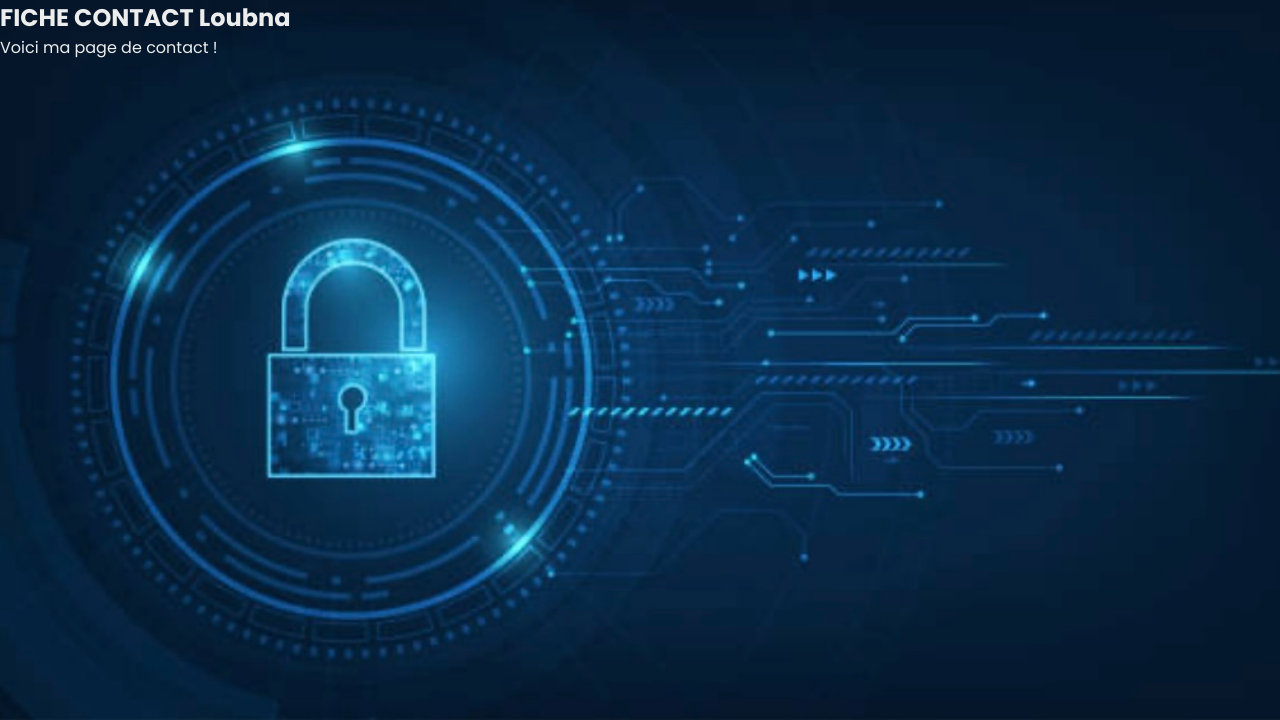
Repository: Loubna77290/Portfolio-de-Loubna
Page: http://localhost/contact.php
The author's editor kept a copy of each file at every save. The page is drawn from the files as they stood at one save, then again after the next save.
The browser window is 1280 px wide. The pictures show the whole page.
The page is run by PHP 8.4 with error messages shown; the project is at /var/www/html/.

Above is the page before, as saved 2025-03-10 00:11:48.

### contact.php
<!DOCTYPE html>
<html lang="en">
<head>
    <meta charset="UTF-8">
    <meta name="viewport" content="width=device-width, initial-scale=1.0">
    <title>Fiche contact</title>
    <link rel="stylesheet" href="style.css">
</head>
<body>
    <section class="contact-background">
        <div class="contact-contenu">
        <h1>FICHE CONTACT Loubna</h1>
        <p>Voici ma page de contact !</p>
    </div>
    </section>

</body>
</html>

### style.css
@import url('https://fonts.googleapis.com/css2?family=Poppins:wght@300;400;500;600;700;800;900&display=swap');

* {
    margin: 0;
    padding: 0;
    box-sizing: border-box;
    font-family: 'Poppins', sans-serif;

}

body {
    background: #081b29;
    color: #ededed;

}

.header {
    position:fixed;
    top: 0;
    left:0;
    width: 100%;
    padding: 20px 10px;
    background: transparent;
    display: flex;
    justify-content: space-between;
    align-items: center;
    z-index: 100;
}


.logo {
    position: relative;
    margin-left: 30px;
    font-size: 25px;
    color: #ededed;
    text-decoration: none;
    font-weight: 600;

}

.logo::before {
    content: '';
    position: absolute;
    top: 0;
    right: 0;
    width: 100%;
    height: 100%;
    background: #081b29b6;
    animation: showRight 1s ease forwards;
    animation-delay: .4s;;
}

.navbar a {
    font-size: 18px;
    color: #ededed;
    text-decoration: none;
    font-weight: 500;
    margin-right: 60px;
    justify-content: flex-end;
    transition: .3s;

}

.navbar a:hover,
.navbar a.active {
    color: #00abf0;

}

.accueil {
    height: 100vh;
    background: url(./IMG_7408.jpg) no-repeat center center;
    background-size: cover;
    display: flex;
    align-items: center;
    padding: 0 10%;
}

.accueil-contenu {
    background: transparent;
    max-width: 600px;


    }

.accueil-contenu h2 {
    font-size: 45px;
    font-weight: 700;
    line-height: 1.2;
    white-space: nowrap;
}

.accueil-contenu h2::before {
    content: '';
    position: absolute;
    top: 0;
    right: 0;
    width: 100%;
    height: 100%;
    background: #081b29;
    animation: showRight 1s ease forwards;
    animation-delay: 1s;
}

.accueil-contenu h3 {
    font-size: 30px;
    font-weight: 600;
    color: #0ff;

}

.accueil-contenu p {
    font-size: 16px;
    margin: 20px  0 40px;
    line-height: 1.2;
}

.accueil-contenu .btn-box {
    position: relative;
    display: flex;
    justify-content: space-between;
    width: 380px;
    height: 60px;

}

.accueil-contenu .btn-box::before {
    content: '';
    position: absolute;
    top: 0;
    right: 0;
    width: 100%;
    height: 100%;
    background: #081b294d;
    animation: showRight 1s ease forwards;
    animation-delay: 1.9s;
    z-index: 2;
}

.btn-box a {
    position: relative;
    display: inline-flex;
    justify-content: center;
    align-items: center;
    width: 150px;
    height: 110%;
    background: #00abf0;
    border: 2px solid #00abf0;
    border-radius: 8px;
    font-size: 19px;
    color: #081b29;
    text-align: center;
    text-decoration: none;
    font-weight: 600;
    letter-spacing: 1px;
    z-index: 1;
    overflow: hidden;
    transition: .5s;
}

.btn-box a:hover {
    color: #00abf0;

}

.btn-box a:nth-child(2) {
    background: transparent;
    color:#00abf0
}

.btn-box a:nth-child(2):hover {
    color:#081b29;
}


.btn-box a:nth-child(2)::before {
    background: #00abf0;
    }

.btn-box a::before {
    content: '';
    position: absolute;
    top: 0;
    left: 0;
    width: 0;
    height: 100%;
    background: #081b29;
    z-index: -1;
    transition: .5s;
}

.btn-box a:hover::before {
    width: 100%;
    }

.home-sci {
    position: absolute;
    bottom: 1px;
    width: 150px;
    display: flex;
    justify-content: space-between;
}

.home-sci::before {
    content: '';
    position: absolute;
    top: 0;
    right: 0;
    width: 100%;
    height: 100%;
    background: #081b29;
    animation: showRight 1s ease forwards;
    animation-delay: 2.5s;
    z-index: 2;
}

.home-sci a {
    position: relative;
    display: inline-flex;
    justify-content: center;
    align-items: center;
    width: 40px;
    height: 40px;
    background: transparent;
    border: 2px solid #00abf0;
    border-radius: 50%;
    font-size: 20px;
    text-decoration: none;
    z-index: 1;
    overflow: hidden;
    transition: .5s;
    color: #00abf0;
}

.home-sci a:hover {
    color: #081b29;

}
.home-sci a::before {
    content: '';
    position: absolute;
    top: 0;
    left: 0;
    width: 0;
    height: 100%;
    background:#00abf0;
    transition: .5s;
    z-index: -1;
}

.home-sci a:hover::before {
    width: 100%;
}

/* KEYFRAMES ANIMATION */
@keyframes showRight {
    100% {
        width: 0;
    }
}

.contact-background  {
    background: url('/IMG_7400.jpg');
    height: 100vh;
    background-size: cover;
    display: flex;
}


.footer-background  {
    position: relative;
    background: url('/IMG_7400.jpg');
    height: 100vh;
    background-size: cover;
    display: flex;
    align-items: flex-end;
    justify-content: center;
}

.contenu-footer {
    color: #ededed;
    position: absolute;

}
.contenu-footer p {
    color: rgb(169, 236, 238);
    font-weight: 200;
    font-size: 15px;
}

After the next save:
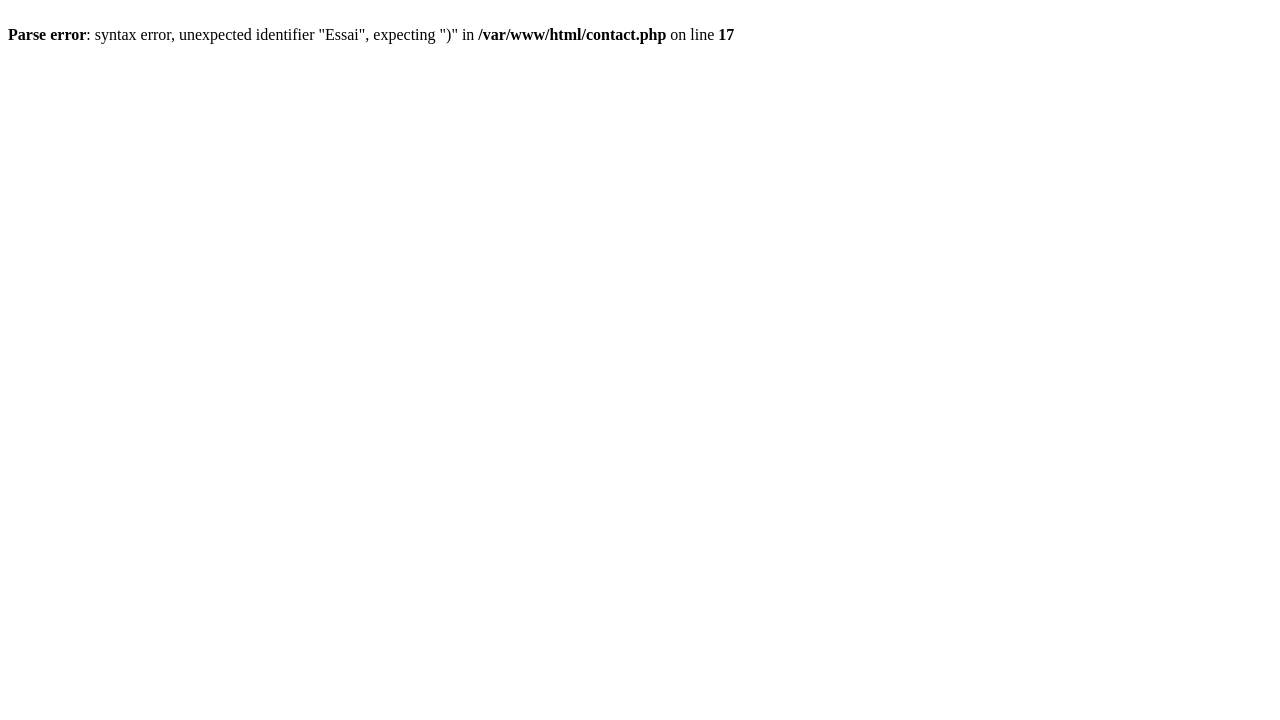
Saved 28 min 28 s later.
--- a/contact.php
+++ b/contact.php
@@ -11,6 +11,13 @@
         <div class="contact-contenu">
         <h1>FICHE CONTACT Loubna</h1>
         <p>Voici ma page de contact !</p>
+
+        <?php
+
+        mail("loubnamelakia@gmail.com,"Essai", "coucou loubna!", ""):
+        ?>
+
+
     </div>
     </section>
 

After the save that followed:
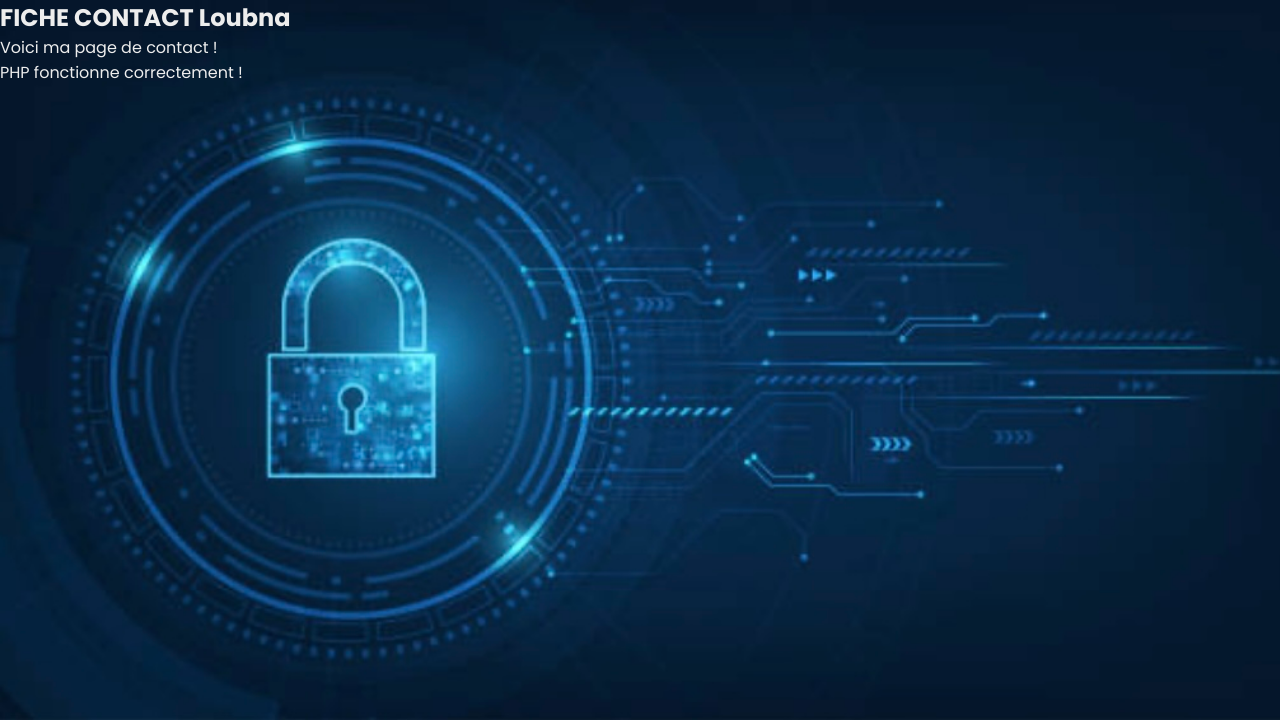
Saved 11 min 3 s later.
--- a/contact.php
+++ b/contact.php
@@ -13,8 +13,7 @@
         <p>Voici ma page de contact !</p>
 
         <?php
-
-        mail("loubnamelakia@gmail.com,"Essai", "coucou loubna!", ""):
+        echo "PHP fonctionne correctement !"
         ?>
 
 
